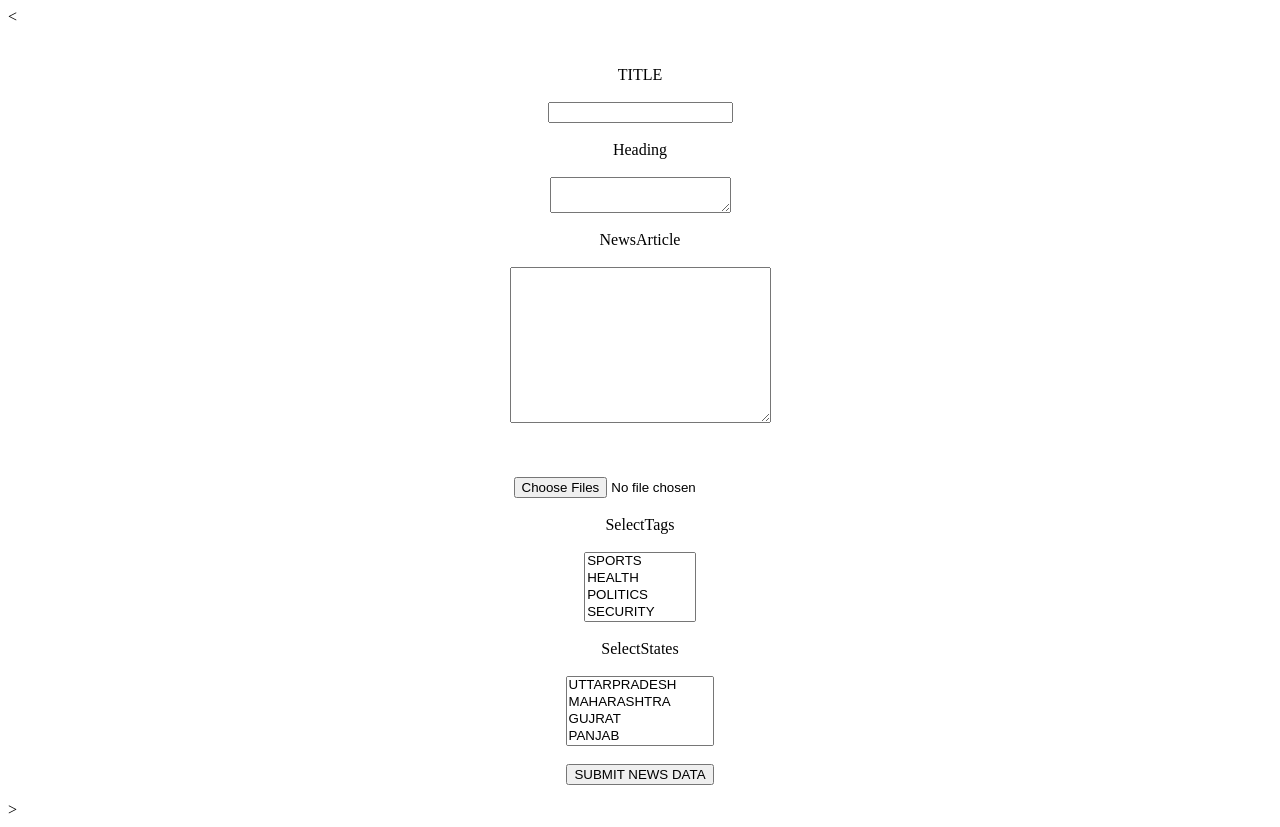
Repository: shivanand1988-28-06/townwarta
Page: public/index.html
These files come from the project's save history. The page is drawn as it stood at one moment and after the next save; the edit follows.
The browser window is 1280 px wide. The pictures show the whole page.

Above is the page before, as saved 2022-08-18 19:23:35.
Console error: TypeError: Cannot read properties of null (reading 'addEventListener')

After the next save:
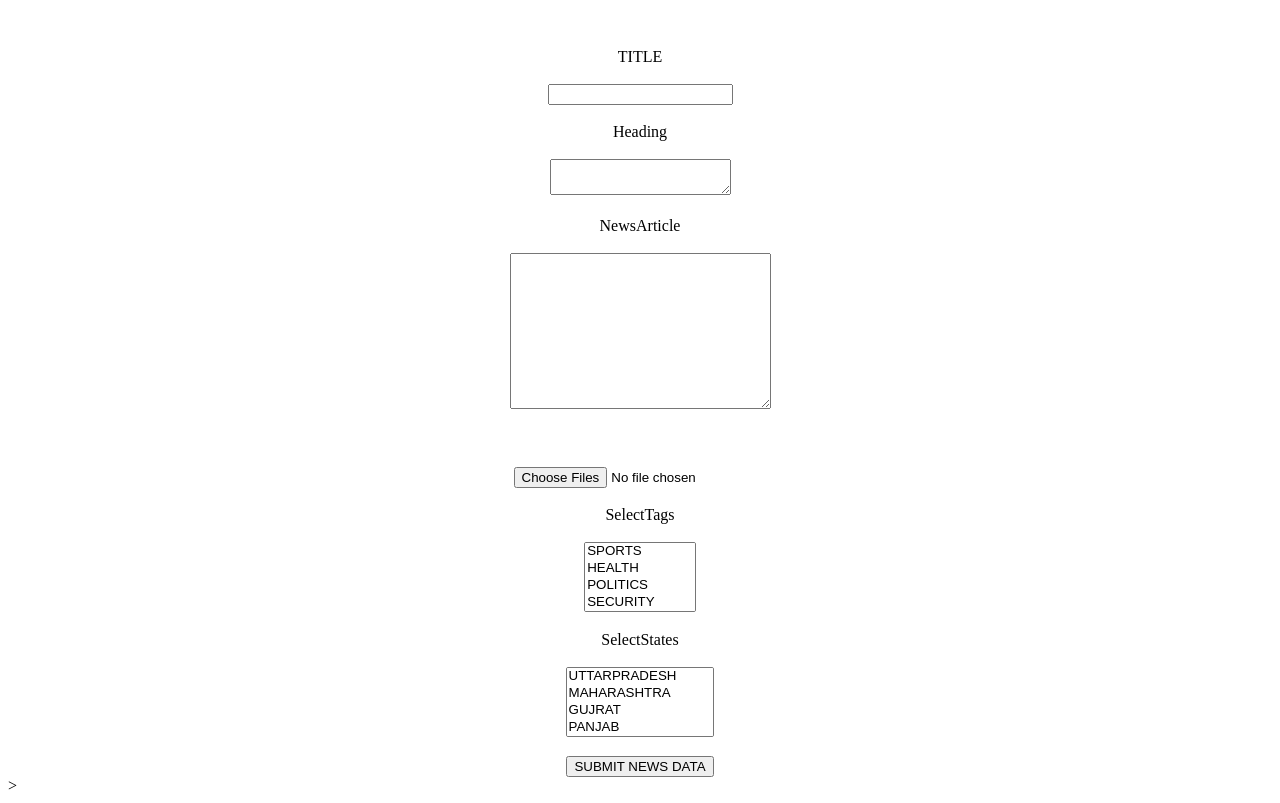
Saved 1 s later.
--- a/public/index.html
+++ b/public/index.html
@@ -1,4 +1,4 @@
-<<!DOCTYPE html>
+<!DOCTYPE html>
 <html>
 
 <head>
